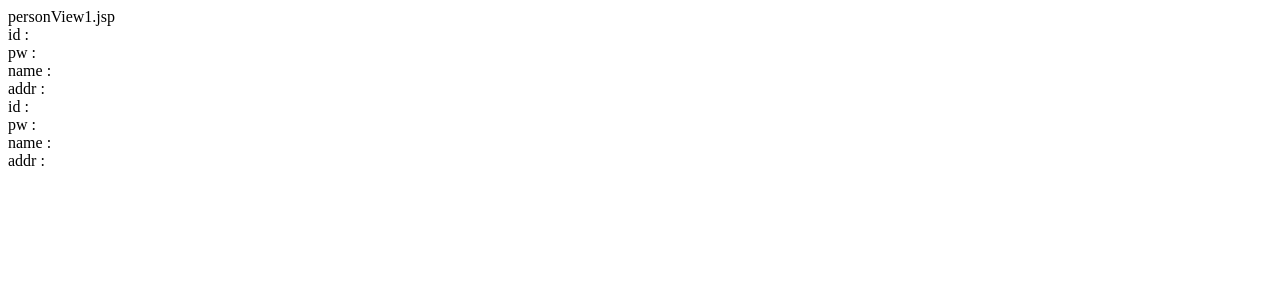
Repository: ChanhoPark-s/academyStudy
Page: http://localhost/06_MVC/WEB-INF/views/person/personView1.jsp
These files come from the project's save history. The page is drawn as it stood at one moment and after a run of saves; the edit follows.
The browser window is 1280 px wide. The pictures show the whole page.
The page is served by Tomcat 9. Nobody is signed in. The template is opened directly, without the code that normally fills it, so the values that code supplies are empty.

Above is the page before, as saved 2022-08-18 06:40:27.

After the next 2 saves:
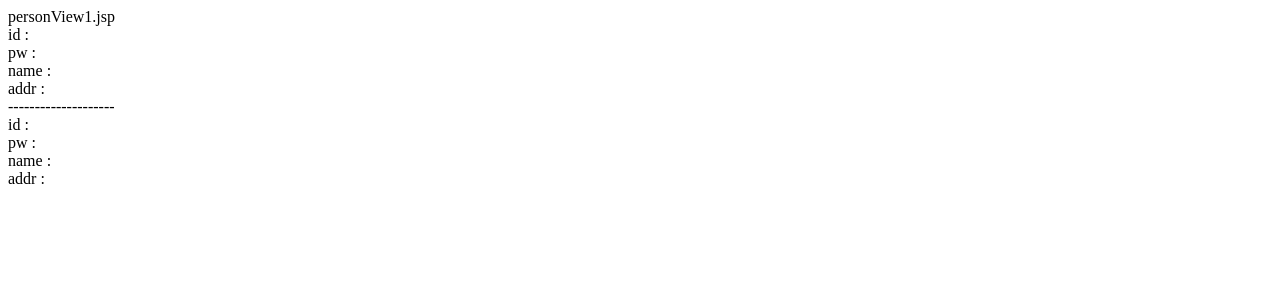
The 2 saves are shown as one change because they came seconds apart.
The last was saved 2 min 57 s later.
--- a/06_MVC/src/main/webapp/WEB-INF/views/person/personView1.jsp
+++ b/06_MVC/src/main/webapp/WEB-INF/views/person/personView1.jsp
@@ -8,6 +8,8 @@ pw : ${param.pw } <br>
 name : ${param.name } <br>
 addr : ${param.addr} <br>
 
+--------------------<br>
+
 id : ${pb.id}<br>
 pw : ${pb.pw}<br>
 name : ${pb.name}<br>
